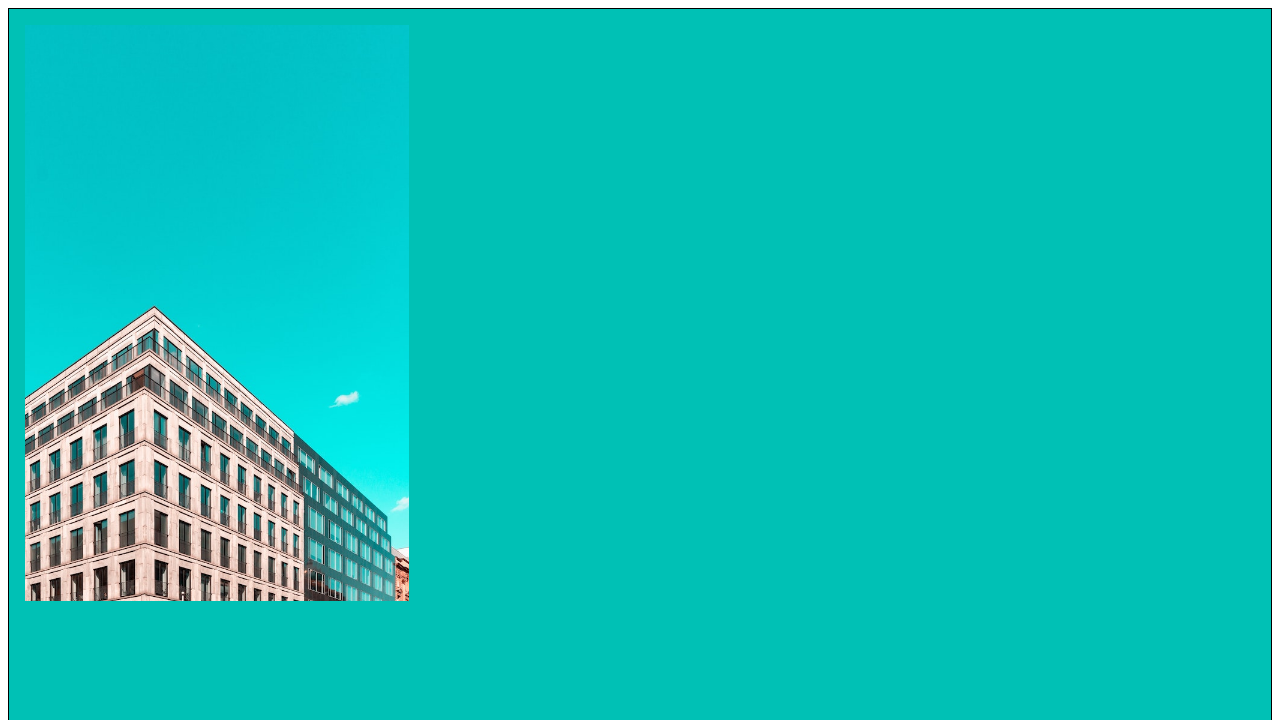
Repository: chelle-c/smooth-scroll-colours
Page: /
These files come from the project's save history. The page is drawn as it stood at one moment and after the next save; the edit follows.
The browser window is 1280 px wide. The pictures show the whole page.
The project was rebuilt for these pictures with package versions that can differ from the ones it lists, and the page was loaded fresh each time. Imported but missing from the stored project, and not drawn on this page: images.

Above is the page before, as saved 2022-09-19 19:40:31.

### src/App.svelte
<script>
	import '/images/';
	export let screenHeight = window.innerHeight;
</script>

<!-- <main
	class="min-w-full min-h-screen fixed flex flex-col justify-between p-6 z-10"
>
	<div class="flex flex-row justify-between items-baseline">
		<div>
			<h1 class="font-sans font-bold text-5xl uppercase">
				Scroll & Colours
			</h1>
		</div>
		<div class="font-sans font-bold text-xl">Contact info</div>
	</div>
	<div class="flex flex-row justify-between items-end">
		<div class="font-sans text-xl">Privacy Policy</div>
		<div class="font-sans text-xl">
			<ul>
				<li><a href="#section5">Link #5</a></li>
				<li><a href="#section4">Link #4</a></li>
				<li><a href="#section3">Link #3</a></li>
				<li><a href="#section2">Link #2</a></li>
				<li><a href="#section1">Link #1</a></li>
			</ul>
		</div>
	</div>
</main> -->
<div class="slider">
	<section id="section5">
		<div>
			<img
				class="w-96"
				src="/images/image-turquoise.jpg"
				alt="White building against turqoise sky"
			/>
		</div>
	</section>

	<section id="section4">
		<div>
			<img
				class="w-96"
				src="/images/image-orange.jpg"
				alt="White building against turqoise sky"
			/>
		</div>
	</section>

	<section id="section3">
		<div>
			<img
				class="w-96"
				src="/images/image-yellow.jpg"
				alt="White building against turqoise sky"
			/>
		</div>
	</section>

	<section id="section2">
		<div>
			<img
				class="w-96"
				src="/images/image-blue.jpg"
				alt="White building against turqoise sky"
			/>
		</div>
	</section>

	<section id="section1">
		<div>
			<img
				class="w-96"
				src="/images/image-red.jpg"
				alt="White building against turqoise sky"
			/>
		</div>
	</section>
</div>

<style global lang="postcss">
	@tailwind base;
	@tailwind components;
	@tailwind utilities;

	* {
		box-sizing: border-box;
		margin: 0;
		padding: 0;
		overflow: hidden;
	}

	.slider {
		scroll-snap-type: x mandatory;
		display: flex;
		-webkit-overflow-scrolling: touch;
		overflow-x: scroll;
		border: 1px solid black;
	}

	section {
		padding: 1rem;
		min-width: 100vw;
		height: 100vh;
		scroll-snap-align: center;
		position: relative;
	}

	#section5 {
		background: #00c1b5;
	}

	#section4 {
		background: #ff651a;
	}

	#section3 {
		background: #ffbe00;
	}

	#section2 {
		background: #1d3fbb;
	}

	#section1 {
		background: #e30512;
	}
</style>

### tailwind.config.js
/** @type {import('tailwindcss').Config} */
const production = !process.env.ROLLUP_WATCH;
module.exports = {
	future: {
		purgeLayersByDefault: true,
		removeDeprecatedGapUtilities: true,
	},
	purge: {
		content: ['./src/**/*.svelte'],
		enabled: production, // disable purge in dev
	},
	content: [],
	theme: {
		extend: {},
	},
	plugins: [],
};

### public/global.css
html, body {
	position: relative;
	width: 100%;
	height: 100%;
}

body {
	color: #333;
	margin: 0;
	padding: 8px;
	box-sizing: border-box;
	font-family: -apple-system, BlinkMacSystemFont, "Segoe UI", Roboto, Oxygen-Sans, Ubuntu, Cantarell, "Helvetica Neue", sans-serif;
}

a {
	color: rgb(0,100,200);
	text-decoration: none;
}

a:hover {
	text-decoration: underline;
}

a:visited {
	color: rgb(0,80,160);
}

label {
	display: block;
}

input, button, select, textarea {
	font-family: inherit;
	font-size: inherit;
	-webkit-padding: 0.4em 0;
	padding: 0.4em;
	margin: 0 0 0.5em 0;
	box-sizing: border-box;
	border: 1px solid #ccc;
	border-radius: 2px;
}

input:disabled {
	color: #ccc;
}

button {
	color: #333;
	background-color: #f4f4f4;
	outline: none;
}

button:disabled {
	color: #999;
}

button:not(:disabled):active {
	background-color: #ddd;
}

button:focus {
	border-color: #666;
}

Loaded but not shown: public/index.html (common file); src/main.js (common file)

After the next save:
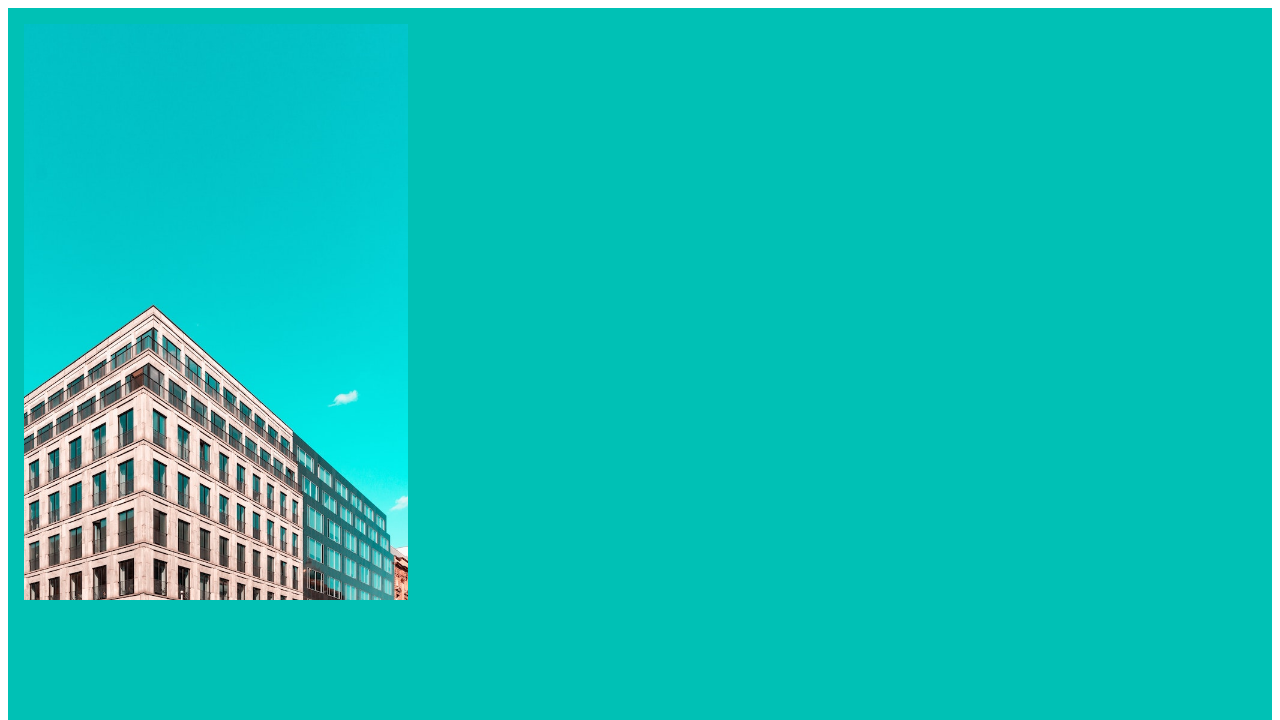
Saved 17 s later.
--- a/src/App.svelte
+++ b/src/App.svelte
@@ -92,11 +92,10 @@
 	}
 
 	.slider {
-		scroll-snap-type: x mandatory;
+		scroll-snap-type: y mandatory;
 		display: flex;
 		-webkit-overflow-scrolling: touch;
-		overflow-x: scroll;
-		border: 1px solid black;
+		overflow-y: scroll;
 	}
 
 	section {
